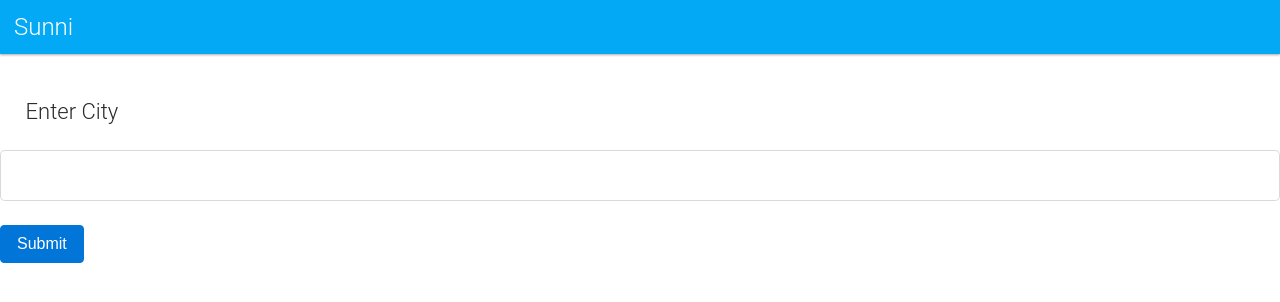
Repository: Oakga/Weather_app
Page: index.html
The author's editor kept a copy of each file at every save. The page is drawn from the files as they stood at one save, then again after the next save.
The browser window is 1280 px wide. The pictures show the whole page.

Above is the page before, as saved 2017-09-22 05:07:04.

### index.html
<!DOCTYPE html>
<html>
<head>
    <meta charset="utf-8">
    <link rel="stylesheet" href="https://maxcdn.bootstrapcdn.com/bootstrap/4.0.0-alpha.6/css/bootstrap.min.css" integrity="sha384-rwoIResjU2yc3z8GV/NPeZWAv56rSmLldC3R/AZzGRnGxQQKnKkoFVhFQhNUwEyJ" crossorigin="anonymous">
    <!-- <link href='http://fonts.googleapis.com/css?family=Roboto:400,300,700' rel='stylesheet' type='text/css'> -->
    <link href="css/styles.css" rel="stylesheet" type="text/css">
    <script src="https://unpkg.com/axios/dist/axios.min.js"></script>
</head>
<body>
    <header>
        <h1>Sunni</h1>
    </header>
        <h2>Enter City</h2>
        <form id="location-form">
            <input type="text" id="location-input" class="form-control form-control-lg "/>
            <br>
            <button type="submit" class="btn btn-primary">Submit</button>
          </form>
        <div id="formatted-address"></div>
        <div id="geometry-component"></div>
    <div id="weather-component"></div>
    <script src="js/main.js"></script>
</body>
</html>

### css/styles.css
body {
    font-family: 'Roboto', 'Sans Serif';
    font-size: 16px;
    padding: 0;
    margin: 0;
}

header {
    background-color: #03A9F4;
    padding: 14px;
    box-shadow: 0 1px 3px rgba(0,0,0,0.12), 0 1px 2px rgba(0,0,0,0.24);
}

h1, h2, h3 {
    font-weight: 300;
}

header > h1 {
    font-weight: 300;
    font-size: 24px;
    margin: 0;
    color: #FFFFFF;
}

h2 {
    font-size: 22px;
    margin: 20px 0 0 0;
    padding: 2%;
}

.table {
    border-radius: 5px;
    width: 50%;
    margin: 0px auto;
    float: none;
}

### js/main.js

let geoCode = (location) => {
    axios.get('https://maps.googleapis.com/maps/api/geocode/json',{
    params:{
        address: location,
        key: 'AIzaSyAkYBjwd7ygcP8GpAz47QsP3s3vaweLAE0'
    }
}).then(function(response){
    const formattedAddr = response.data.results[0].formatted_address;
    const formattedAddrOutput = `
            <ul class="list-group">
            <li class="list-group-item">
            ${formattedAddr}
            </li>
            </ul>
            `;
    let addressComponents = response.data.results[0].address_components;
    let lat = Math.round(response.data.results[0].geometry.location.lat*10000)/10000;
    let lng = Math.round(response.data.results[0].geometry.location.lng*10000)/10000;
    let geometryOutput = `
            <ul class="list-group">
            <li class="list-group-item">
            <strong>
            Latitude
            </strong>: ${lat}
            </li>
            <li class="list-group-item">
            <strong>
            Longitude
            </strong>: ${lng}
            </li>
            </ul>
            `;
    document.getElementById('formatted-address').innerHTML = formattedAddrOutput;
    document.getElementById('geometry-component').innerHTML = geometryOutput;

    darkSky(lat,lng);

})
.catch(function(error){
    const formattedAddrOutput = `
    <div class="alert alert-danger" role="alert">
    <strong>Unknown Location!</strong> Change a few things up and try submitting again.
    </div>
    `;
    document.getElementById('formatted-address').innerHTML = formattedAddrOutput;
})
};

let darkSky = (lat, lng, date = Date.now()) => {
    let apiCall = 'https://cors-anywhere.herokuapp.com/https://api.darksky.net/forecast/c84a2f187efcca194054935abae32b10/'+lat+','+lng;
    axios.get(apiCall,{
        params: {
            exclude: '[hourly,flags]',
            time: date
        }
    }).then(function(response){
        let weeklyReport = [];
        const months = ['Jan','Feb','Mar','Apr','May','Jun','Jul','Aug','Sep','Oct','Nov','Dec'];
        const days = ['Sun','Mon','Tue','Wed','Thur','Fri','Sat'];
        let year, month, day;
        const currentDate =  response.data.currently;
        const dailyDate = response.data.daily.data;
        for(let i=0;i<dailyDate.length;i++){
            var date = new Date(dailyDate[i].time*1000);
            year = date.getFullYear();
            month = months[date.getMonth()];
            day = days[date.getDay()];
            numDate = date.getDate();
            formattedTime = numDate + ' ' + month + ' ' + year;
            const dayReport = weeklyReport[i] = {
                Time: formattedTime,
                Humidity: dailyDate[i].humidity,
                Precipitation: dailyDate[i].precipProbability,
                Intensity: dailyDate[i].precipIntensity,
                Wind: dailyDate[i].windSpeed,
                MaxTemperature: dailyDate[i].temperatureMax,
                MinTemperature: dailyDate[i].temperatureMin,
            };
        };
        console.log(weeklyReport);
        let columnNames = ``;
        for ( property in weeklyReport[0] ) {
            columnNames += `
            <th>
            ${property}
            </th>
            `;
        };

        let itemRows = ``;
        let reportForTheDay;
        for(var i=0;i<weeklyReport.length;i++){
            reportForTheDay=weeklyReport[i];
            itemRows += `<tr>
            <th scope="row">${reportForTheDay.Time}</th>
            <td>${reportForTheDay.Humidity}</td>
            <td>${reportForTheDay.Precipitation}</td>
            <td>${reportForTheDay.Intensity}</td>
            <td>${reportForTheDay.Wind}</td>
            <td>${reportForTheDay.MaxTemperature}</td>
            <td>${reportForTheDay.MinTemperature}</td>
            </tr>`
        };

        let tableOutput = `
            <h2>Future ForeCasts</h2>
            <table class="table">
            <thead class="thead-inverse" id="table-index">
            ${columnNames}
            </thead>
            <tbody>
            ${itemRows}
            </tbody>
            </table>
        `;
        document.getElementById('weather-component').innerHTML = tableOutput;

    })
    .catch(function(error){
        console.log(error);
        const alert = `
        <div class="alert alert-danger" role="alert">
        <strong>Cannot find Weather information!</strong> Change a few things up and try submitting again.
        </div>
        `;
        document.getElementById('weather-component').insertAdjacentHTML("afterbegin",alert);
    })
    ;
}


document.getElementById('location-form').addEventListener('submit', function (e){
    e.preventDefault();
    let location = document.getElementById('location-input').value;
    geoCode(location);

});

After the next save:
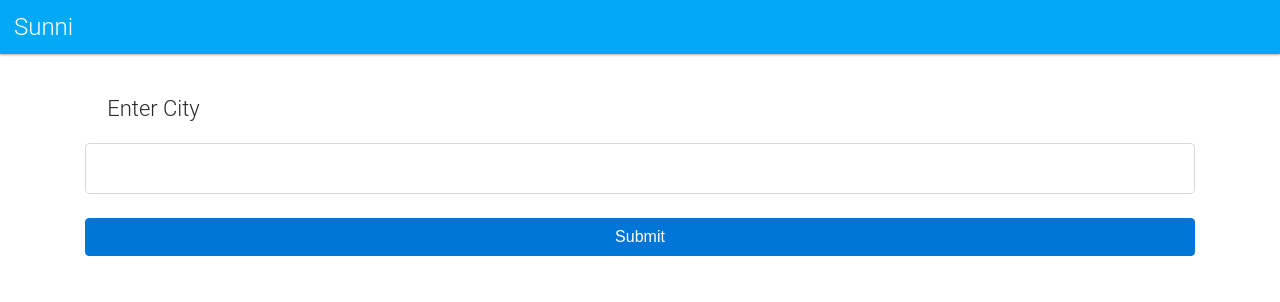
Saved 20 s later.
--- a/index.html
+++ b/index.html
@@ -11,14 +11,16 @@
     <header>
         <h1>Sunni</h1>
     </header>
+    <div class="container">
         <h2>Enter City</h2>
         <form id="location-form">
             <input type="text" id="location-input" class="form-control form-control-lg "/>
             <br>
-            <button type="submit" class="btn btn-primary">Submit</button>
+            <button type="submit" class="btn btn-primary btn-block">Submit</button>
           </form>
         <div id="formatted-address"></div>
         <div id="geometry-component"></div>
+    </div>
     <div id="weather-component"></div>
     <script src="js/main.js"></script>
 </body>
